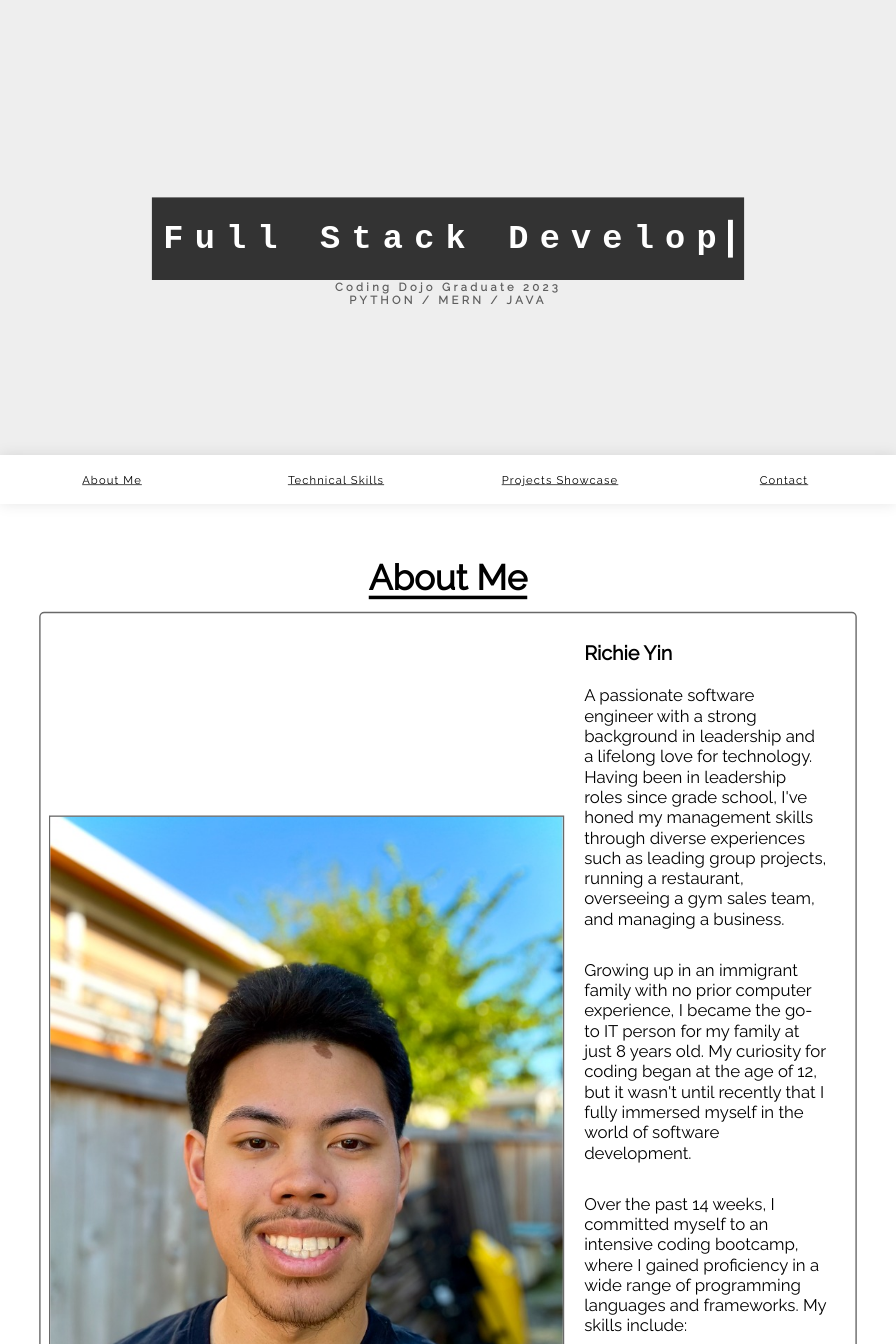
Repository: RICHIE-YIN/Personal-Portfolio
Page: index.html
An editor plug-in stored every save of this project. The page is shown before and after the next save, followed by the edit.
The browser window is 1280 px wide. The pictures show the part of the page from y = 0 to 1920 px (the page is 4183 px tall), at 70% of full size.
Some web fonts or font styles are not loaded; a fallback is used.

Above is the page before, as saved 2023-06-12 17:53:54.
Console error: ReferenceError: $ is not defined

After the next save:
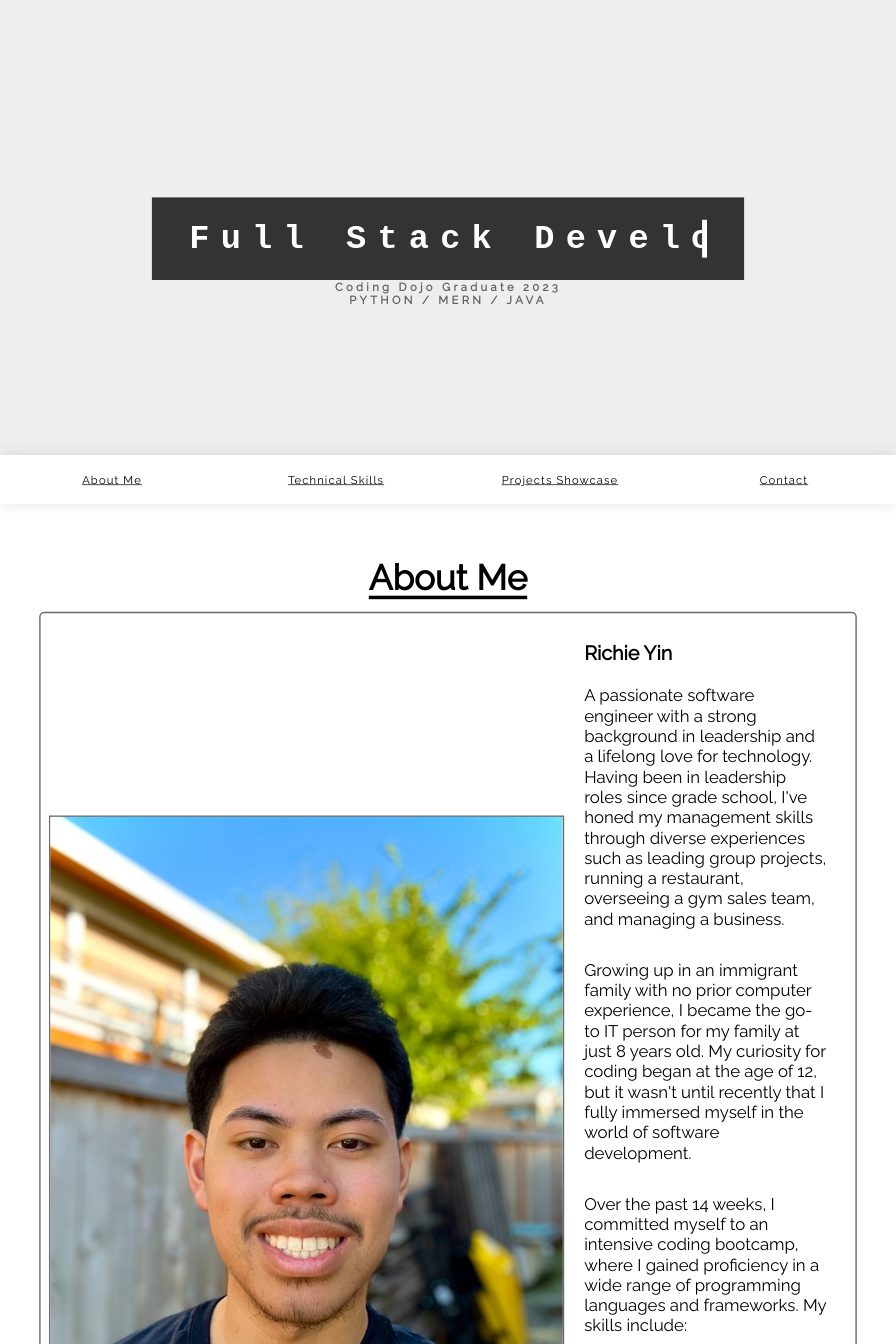
Saved 38 s later.
--- a/styles.css
+++ b/styles.css
@@ -73,7 +73,7 @@ html {
     border-right: .15em solid white;
     margin: 0 auto;
     letter-spacing: .15em;
-    max-width: 100%;
+    max-width: 90%;
     white-space: nowrap;
     text-align: center;
 }
